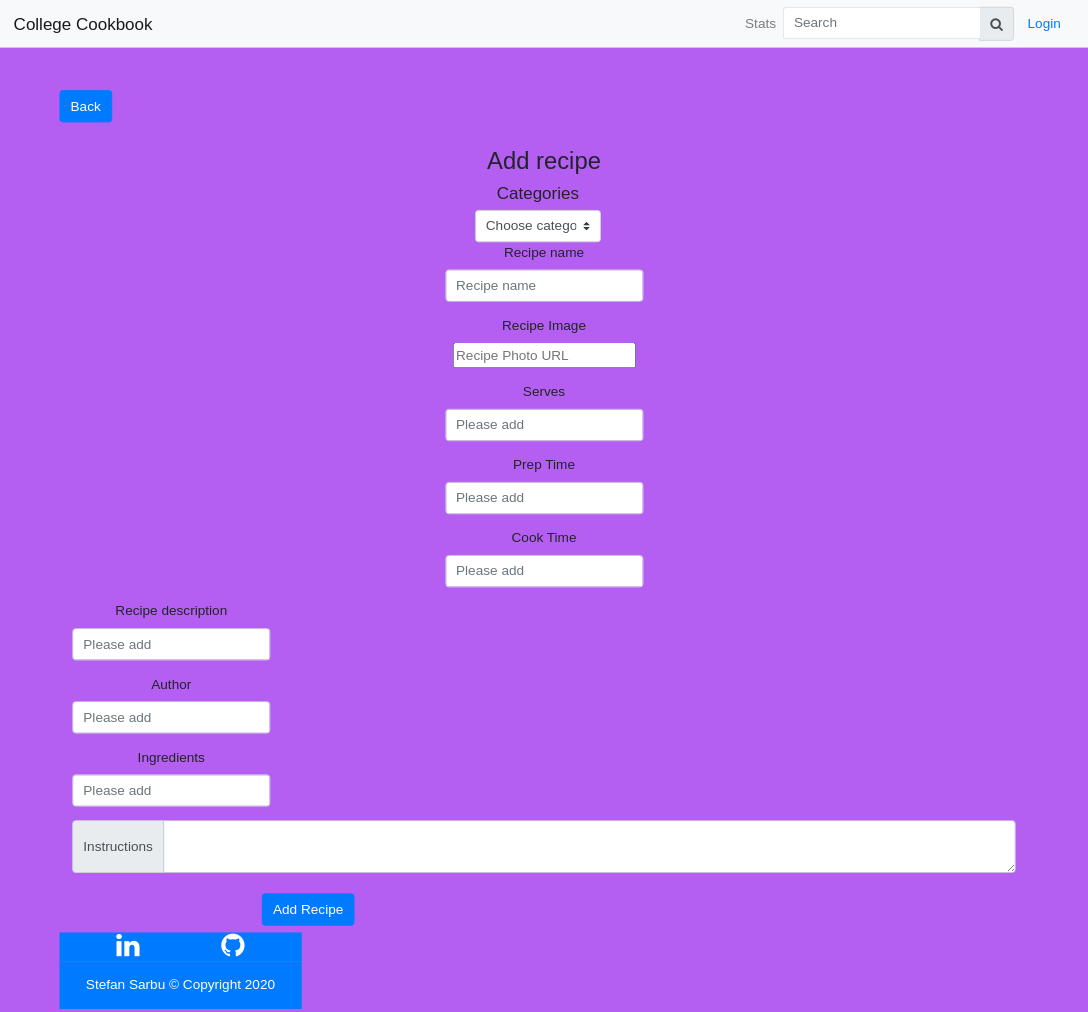
Repository: iiostefanos/college-cookbook
Page: templates/add_recipe.html
The author's editor kept a record of every edit. The page is drawn from the files as they stood at one moment, then again after the next edit.
The browser window is 1280 px wide. The pictures show the whole page, at 85% of full size.
The page is served by the project's application, run on Flask 3 (app.py). The template is opened directly, without the code that normally fills it, so the values that code supplies are empty.

Above is the page before.

After the next edit:
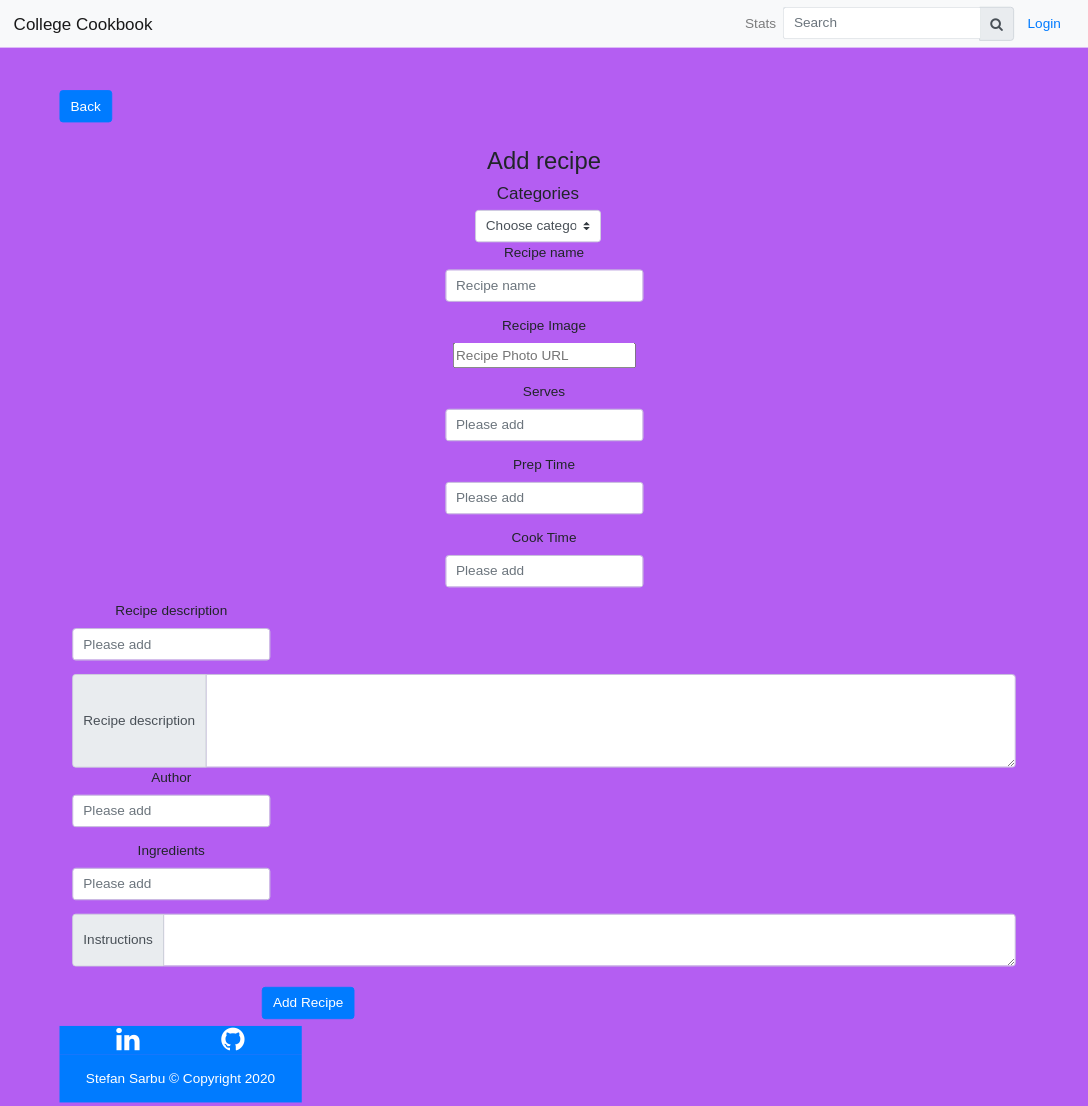
The edit:
--- a/templates/add_recipe.html
+++ b/templates/add_recipe.html
@@ -91,6 +91,20 @@
                 </div>
             </div>
 
+
+<!--Recipe description container-->
+            <div class="container-fluid text-center mx-auto">
+                <div class="row">
+                    <div class="input-group">
+                        <div class="input-group-prepend">
+                            <span class="input-group-text">Recipe description</span>
+                        </div>
+                        <textarea class="form-control" aria-label="Recipe description" name="recipe_description" rows="4" cols="50"></textarea>
+                    </div>
+                </div>
+            </div>
+
+
             <!--Author field-->
             <div class="container-fluid text-center mx-auto">
                 <div class="row">
